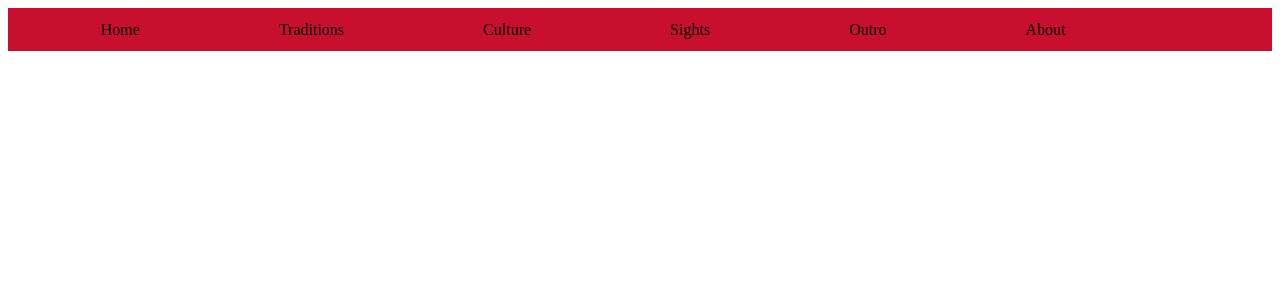
Repository: Cornman63/The-netherlands
Page: about.html
An editor plug-in stored every save of this project. The page is shown before and after the next save, followed by the edit.
The browser window is 1280 px wide. The pictures show the whole page.

Above is the page before, as saved 2023-05-16 11:14:58.

### about.html
<!DOCTYPE html>
<html lang="en">
<head>
    <meta charset="UTF-8">
    <meta http-equiv="X-UA-Compatible" content="IE=edge">
    <meta name="viewport" content="width=device-width, initial-scale=1.0">
    <link rel="stylesheet" href="style.css">
    <title>Document</title>
</head>
<body>
    <header>
        <div class="top">
            <div class="site">Home</div>
            <div class="site">Traditions</div>
            <div class="site">Culture</div>
            <div class="site">Sights</div>
            <div class="site">Outro</div>
            <div class="site">About</div>
        </div>
    </header>


</body>
</html>

### style.css
.top, .bottom {
    display: flex;
    flex-direction: row;
    justify-content: center;
    align-content:center;
    background-color:#C8102E;
}
.bottom{
    background-color: #003DA5;
}
.site {
    display: flex;
    border: 1%;
    margin: 1%;
    margin-right: 10%;
    align-content: center;
}

After the next save:
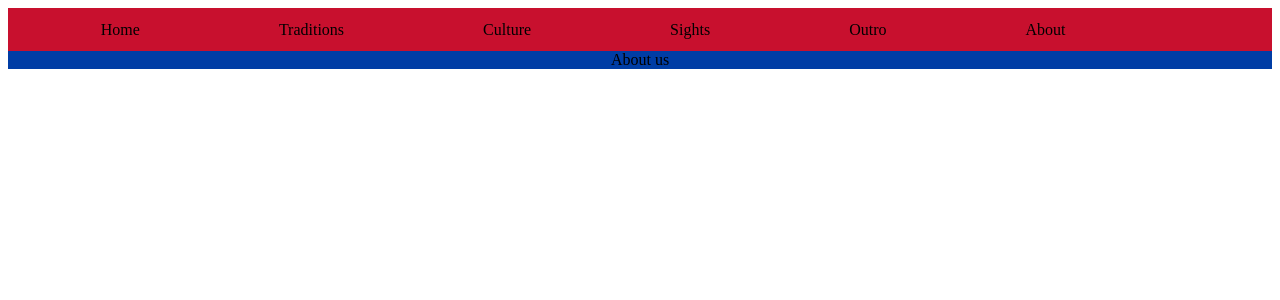
Saved 1 s later.
--- a/about.html
+++ b/about.html
@@ -19,6 +19,16 @@
         </div>
     </header>
 
+    <main>
+
+    </main>
+
+    <footer>
+        <div class="bottom">
+            About us
+        </div>
+    </footer>
+
 
 </body>
 </html>
